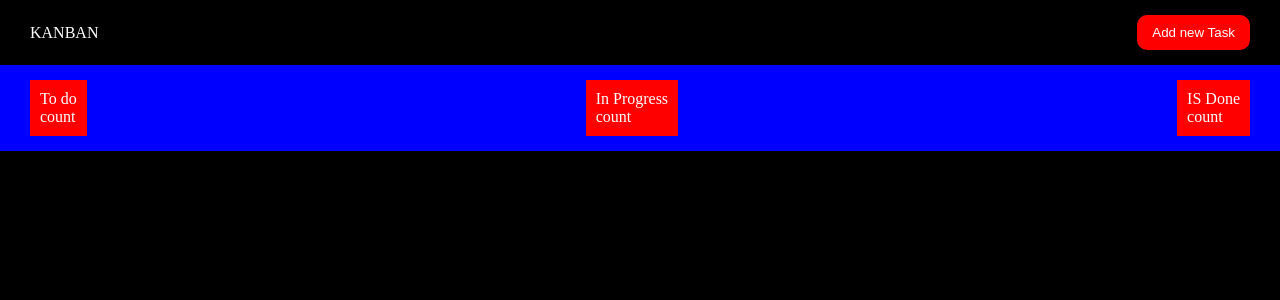
Repository: Sandeepji-5/Kanban-board
Page: index.html
These files come from the project's save history. The page is drawn as it stood at one moment and after the next save; the edit follows.
The browser window is 1280 px wide. The pictures show the whole page.

Above is the page before, as saved 2025-12-08 18:14:33.

### index.html
<!DOCTYPE html>
<html lang="en">
<head>
    <meta charset="UTF-8">
    <meta name="viewport" content="width=device-width, initial-scale=1.0">
    <title>Document</title>
    <link rel="stylesheet" href="style.css">
</head>
<body>
    <main>
        <nav>
            <div class="left">KANBAN</div>
            <div class="right"><button>Add new Task</button></div>
        </nav>
        <section class="board">
            <div class="task-column">
                <div class="hweading">
                    <div class="left">To do </div>
                    <div class="right">count</div>
                </div>
            </div>
            <div class="task-column">
                <div class="heading">
                    <div class="left">In Progress</div>
                    <div class="right">count</div>
                </div>
            </div>
            <div class="task-column">
                <div class="heading">
                    <div class="left">IS Done </div>
                    <div class="right"> count</div>
                </div>
            </div>
        </section>


    </main>
    <script src="kanban.js"></script>
</body>
</html>

### style.css
* {
    margin: 0;
    padding: 0;

    box-sizing: border-box;
}

html,
body {
    width: 100%;
    height: 100%;

}

:root {
    --bg-color: #0000000;
    --bg-button-color: red
    --primary-text-color: #f4f4f4;

    /* padding 1 rem 2 rem */
    --nav-padding: 15px 30px;
    --section-padding: 15px 30px;
    --padding-s: 5px;
    --padding-m: 10px;
    --padding-l: 15px;
    --padding-xl: 20px;
    --padding-xxl: 30px;


    /* border radius variable  */



    --border-radius-s:5px;
    --border-radius-m:10px;
    --border-radius-l:15px;
    --border-radius-xl:20px;
    --border-radius-xxl:30px;


}

body {
    background-color: black;
    color: white;
}
main{
    display: flex;
    height: 100px;
    width: 100%;
    flex-direction: column;

}

nav{
    padding: var(--nav-padding);
    display: flex;
    align-items: center;
    justify-content: space-between;

}
nav button{
    background-color: red;
    color: white;
    border: none;
    outline: none;
    padding: var(  --padding-m) var(  --padding-l);
    cursor: pointer;
    border-radius:var(--border-radius-m) ;

}


section{
    padding:var(--section-padding);
    display: flex;
    flex-grow: 1;
    justify-content: space-between;
    background-color: blue;

}
section .task-column{
    padding: var(--padding-m);
    background-color: red;

}

Loaded but not shown: kanban.js (no copy from this time; the picture is the same without it)

After the next save:
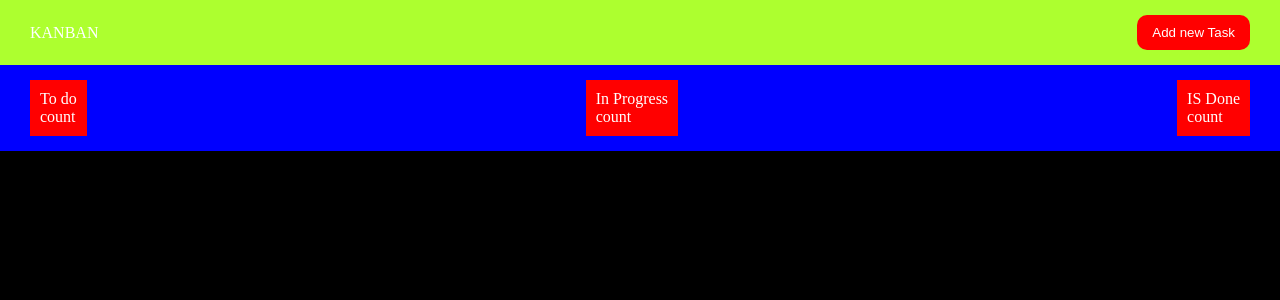
Saved 2 min 21 s later.
--- a/style.css
+++ b/style.css
@@ -49,6 +49,7 @@ main{
     height: 100px;
     width: 100%;
     flex-direction: column;
+    background-color: greenyellow;
 
 }
 
